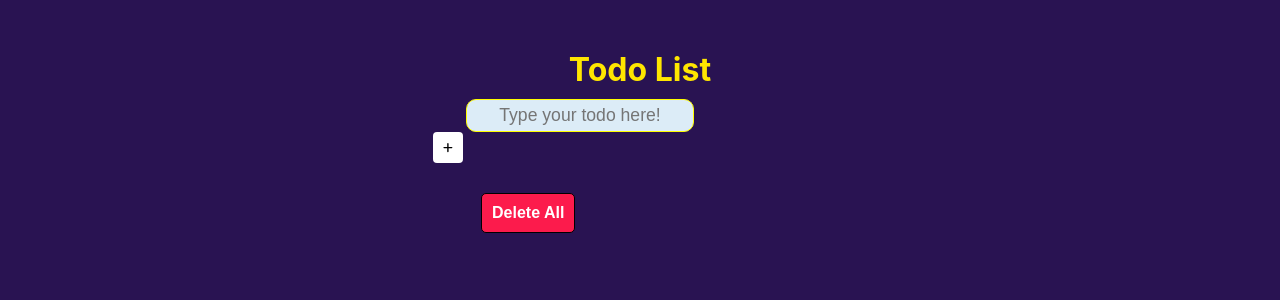
Repository: badhon252/todo-app
Page: /
The author's editor kept a copy of each file at every save. The page is drawn from the files as they stood at one save, then again after the next save.
The browser window is 1280 px wide. The pictures show the whole page.
The project was rebuilt for these pictures with package versions that can differ from the ones it lists, and the page was loaded fresh each time.

Above is the page before, as saved 2022-01-26 22:28:39.

### public/index.html
<!DOCTYPE html>
<html lang="en">

<head>
  <meta charset="utf-8" />
  <link rel="icon" href="%PUBLIC_URL%/favicon.ico" />
  <meta name="viewport" content="width=device-width, initial-scale=1" />
  <meta name="theme-color" content="#000000" />
  <meta name="description" content="Web site created using create-react-app" />
  <link rel="apple-touch-icon" href="%PUBLIC_URL%/logo192.png" />

  <link rel="manifest" href="%PUBLIC_URL%/manifest.json" />

  <link rel="stylesheet" href="https://cdnjs.cloudflare.com/ajax/libs/font-awesome/5.15.4/css/all.min.css"
    integrity="sha512-1ycn6IcaQQ40/MKBW2W4Rhis/DbILU74C1vSrLJxCq57o941Ym01SwNsOMqvEBFlcgUa6xLiPY/NS5R+E6ztJQ=="
    crossorigin="anonymous" referrerpolicy="no-referrer" />
  <title>React App</title>
</head>

<body>
  <noscript>You need to enable JavaScript to run this app.</noscript>
  <div id="root"></div>
  <!--
      This HTML file is a template.
      If you open it directly in the browser, you will see an empty page.

      You can add webfonts, meta tags, or analytics to this file.
      The build step will place the bundled scripts into the <body> tag.

      To begin the development, run `npm start` or `yarn start`.
      To create a production bundle, use `npm run build` or `yarn build`.
    -->
</body>

</html>

### src/App.js
import Todo from "./components/Todo";

function App() {
  return (
    <div className="App">
      <Todo />
    </div>
  );
}

export default App;

### src/components/Todo.js
import React, { useState, useEffect } from "react";
import { FontAwesomeIcon } from "@fortawesome/react-fontawesome";
import { faPlus, faTrash, faEdit } from "@fortawesome/free-solid-svg-icons";
import "../Styles/style.css";

const getLocalData = () => {
  const lists = localStorage.getItem("myTodoLists");

  if (lists) {
    return JSON.parse(lists);
  } else {
    return [];
  }
};

const Todo = () => {
  const [inputItems, setInputItems] = useState("");
  const [todo, setTodo] = useState(getLocalData());
  const [isEditItem, setIsEditItem] = useState("");
  const [toggleButton, setToggleButton] = useState(false);
  //   Adding Items ============
  const addItems = () => {
    if (!inputItems) {
      alert("Your input field is blank!!");
    } else if (inputItems && toggleButton) {
      setTodo(
        todo.map((curElem) => {
          if (curElem.id === isEditItem) {
            return { ...curElem, name: inputItems };
          }
          return curElem;
        })
      );
      setInputItems("");
      setIsEditItem(null);
      setToggleButton(false);
    } else {
      const myNewInput = {
        id: new Date().getTime().toString(),
        name: inputItems,
      };
      setTodo((e) => [...todo, myNewInput]);
      setInputItems("");
    }
  };

  //   edit items =======
  const editItem = (index) => {
    const itemTodoEdited = todo.find((curElem) => {
      return curElem.id === index;
    });
    setInputItems(itemTodoEdited.name);
    setIsEditItem(index);
    setToggleButton(true);
  };

  //   Deleting items ==========

  const handleDelete = (index) => {
    const updateItems = todo.filter((current) => {
      return current.id !== index;
    });
    setTodo(updateItems);
  };

  useEffect(() => {
    localStorage.setItem("myTodoLists", JSON.stringify(todo));
  }, [todo]);

  return (
    <div className="main-div">
      <h1>Todo List</h1>
      <div className="inputs">
        <input
          type="text"
          name=""
          id="input-box"
          placeholder="Type your todo here!"
          value={inputItems}
          onChange={(e) => setInputItems(e.target.value)}
        />
        <div className="icons">
          {toggleButton ? (
            <FontAwesomeIcon
              icon={faEdit}
              className="add-btn edit"
              onClick={addItems}
            />
          ) : (
            <FontAwesomeIcon
              icon={faPlus}
              className="add-btn"
              onClick={addItems}
            />
          )}
        </div>

        {/* <button type="submit" className="add-btn" onClick={addItems}>
          Add
        </button> */}
      </div>
      {/* showing items =============== */}
      <div className="show-items">
        {todo.map((currentItems) => {
          return (
            <div key={currentItems.id}>
              <li className="todo-item">
                {currentItems.name}
                <FontAwesomeIcon
                  icon={faEdit}
                  className="icon edit"
                  onClick={() => editItem(currentItems.id)}
                />
                <FontAwesomeIcon
                  icon={faTrash}
                  className="icon delete"
                  onClick={() => handleDelete(currentItems.id)}
                />
              </li>
            </div>
          );
        })}
        <input
          type="button"
          value="Delete All"
          className="delete-all"
          onClick={() => setTodo([])}
        />
      </div>
    </div>
  );
};

export default Todo;

### src/Styles/style.css
* {
  margin: 0;
  padding: 0;
  background-color: #291352;
}

.main-div {
  padding-top: 50px;
  margin: auto;
  /* text-align: center; */
  width: 23rem;
}
h1 {
  color: #ffe600;
  text-align: center;
}
#input-box {
  color: #000000;
  padding: 5px 0;
  font-size: 1.1rem;
  border: 1px solid yellow;
  background-color: #dcecf7;
  border-radius: 10px;
  text-align: center;
}
.inputs {
  margin: 10px;
}

.add-btn {
  padding: 10px;
  background-color: rgb(255, 255, 255);
  color: rgb(0, 0, 0);
  /* border: 1px solid rgb(0, 0, 0); */
  font-weight: bolder;
  font-size: 0.7rem;
  border-radius: 4px;
  cursor: pointer;
  margin: 0 0 -8px -33px;
}

.icon {
  margin: 0 10px;
  border-radius: 5px;
  cursor: pointer;
  text-align: right;
  /* background-color: rgb(0, 255, 34); */
  /* color: rgb(0, 0, 0); */
  /* border: 1px solid black; */
  /* font-weight: 700; */
}
.todo-item {
  /* background-color: #5b0080; */
  padding: 5px;
  color: white;
  font-size: 20px;
  font-weight: 700;
}

.delete {
  color: red;
}
.edit {
  color: rgb(0, 255, 0);
}

.delete-all {
  background-color: rgb(252, 27, 76);
  color: rgb(255, 255, 255);
  font-weight: 600;
  border: 1px solid black;
  border-radius: 5px;
  font-size: 1rem;
  padding: 10px;
  margin: 25px;
  cursor: pointer;
}
li {
  background-color: #5f00cc;
  margin: 2px;
}

Loaded but not shown: src/index.js (common file); src/index.css (common file); src/reportWebVitals.js (common file)

After the next save:
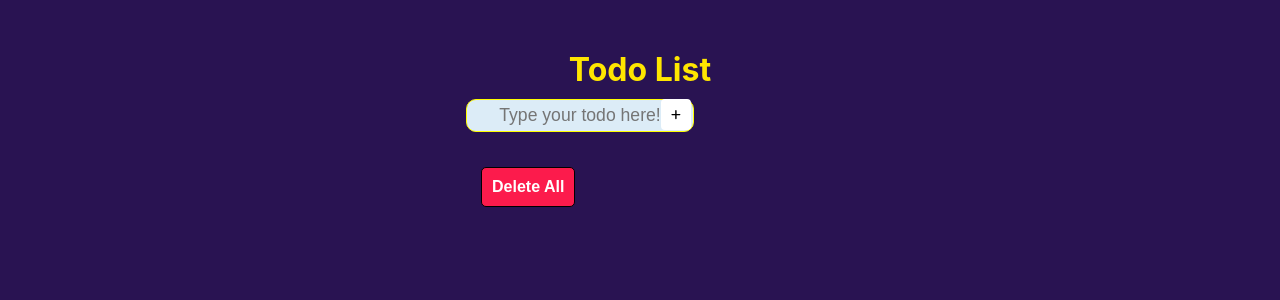
Saved 15 s later.
--- a/src/components/Todo.js
+++ b/src/components/Todo.js
@@ -79,21 +79,19 @@ const Todo = () => {
           value={inputItems}
           onChange={(e) => setInputItems(e.target.value)}
         />
-        <div className="icons">
-          {toggleButton ? (
-            <FontAwesomeIcon
-              icon={faEdit}
-              className="add-btn edit"
-              onClick={addItems}
-            />
-          ) : (
-            <FontAwesomeIcon
-              icon={faPlus}
-              className="add-btn"
-              onClick={addItems}
-            />
-          )}
-        </div>
+        {toggleButton ? (
+          <FontAwesomeIcon
+            icon={faEdit}
+            className="add-btn edit"
+            onClick={addItems}
+          />
+        ) : (
+          <FontAwesomeIcon
+            icon={faPlus}
+            className="add-btn"
+            onClick={addItems}
+          />
+        )}
 
         {/* <button type="submit" className="add-btn" onClick={addItems}>
           Add
